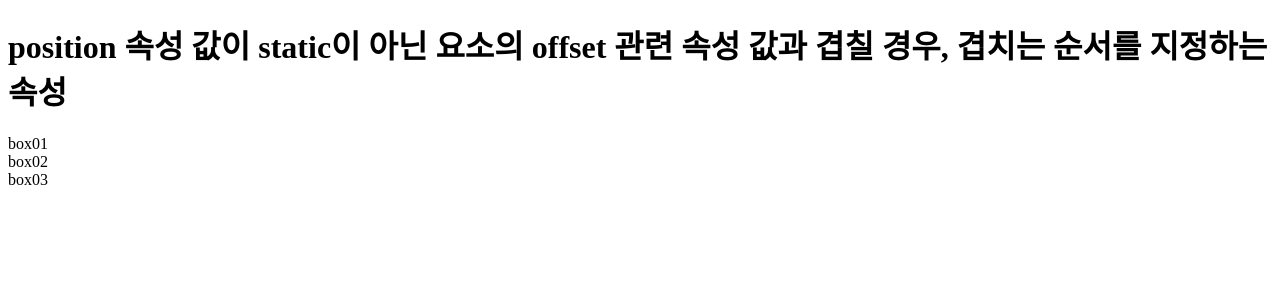
Repository: cussip/SuperHands
Page: WebExam/src/main/webapp/css/box_model/z_index.html
The author's editor kept a copy of each file at every save. The page is drawn from the files as they stood at one save, then again after the next save.
The browser window is 1280 px wide. The pictures show the whole page.

Above is the page before, as saved 2022-02-01 07:28:31.

### WebExam/src/main/webapp/css/box_model/z_index.html
<!DOCTYPE html>
<html>
<head>
	<meta charset="UTF-8">
	<title>z_index.html</title>
	<style>

	</style>
</head>
<body>
	<h1>
		position 속성 값이 static이 아닌 요소의 offset 관련 속성 값과 겹칠 경우,
		겹치는 순서를 지정하는 속성
	</h1>
	<div class="box01">
		box01
	</div>
	<div class="box02">
		box02
	</div>
	<div class="box03">
		box03
	</div>
</body>
</html>

After the next save:
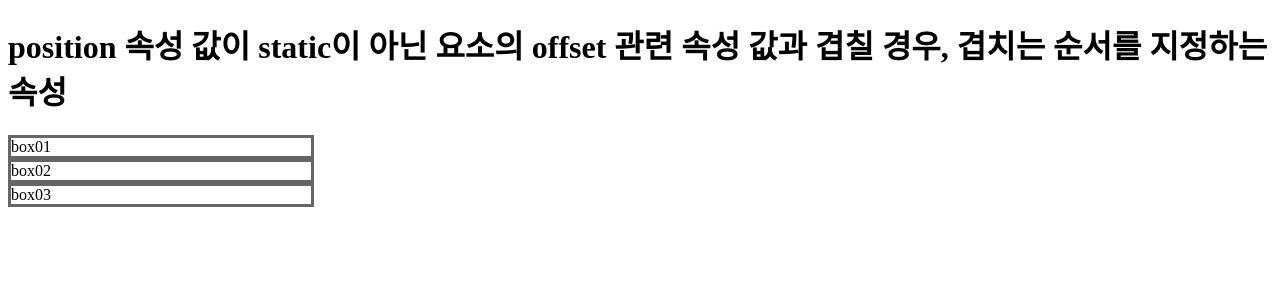
Saved 36 s later.
--- a/WebExam/src/main/webapp/css/box_model/z_index.html
+++ b/WebExam/src/main/webapp/css/box_model/z_index.html
@@ -4,7 +4,10 @@
 	<meta charset="UTF-8">
 	<title>z_index.html</title>
 	<style>
-
+		div {
+			width: 300px;
+			border: #666 solid 3px;
+		}
 	</style>
 </head>
 <body>
